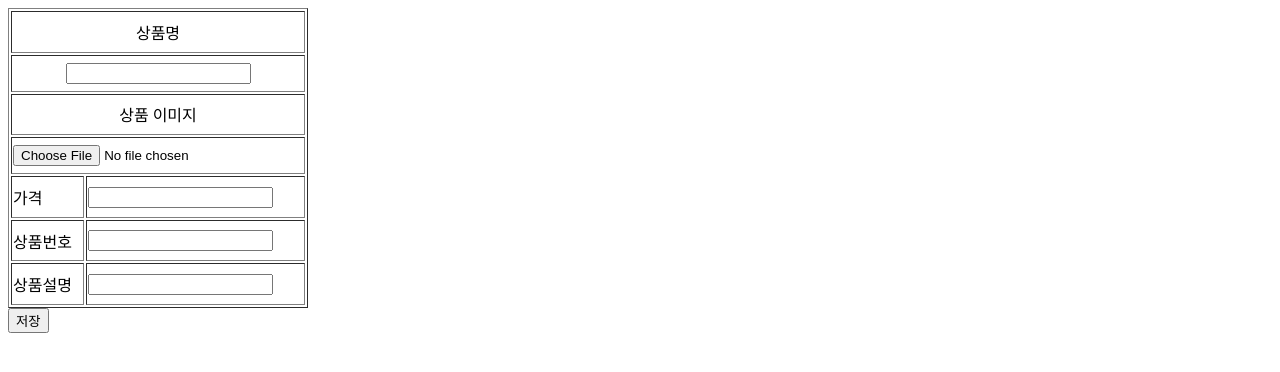
Repository: gunvv00/Java_practice
Page: html_work/html01/WebContent/goods.html
These files come from the project's save history. The page is drawn as it stood at one moment and after the next save; the edit follows.
The browser window is 1280 px wide. The pictures show the whole page.

Above is the page before, as saved 2020-01-02 07:32:33.

### html_work/html01/WebContent/goods.html
<!DOCTYPE html>
<html>
<head>
<meta charset="UTF-8">
<title>상품등록</title>
</head>
<body>
<form action = "good.jsp" method = "post">
	<TABLE Border = 1 height = 300 width = 300 >
		<tr>
			<td align = "center" colspan = "2">상품명</td>
		</tr>
		<tr>
			<td align = "center" colspan = "2"><input type = "product" name="" value = "" ></td>
		</tr>
		<tr>
			<td align = "center" colspan = "2">상품 이미지</td>
		</tr>
		<tr>
			<td colspan = "2"><input type='file' name='file' value ="" /></td>
		</tr>
		<tr>
			<td>가격</td>
			<td><input type = "price" name="" value = "" ></td>
		</tr>
		<tr>
			<td>상품번호</td>
			<td><input type = "produtNumber" name="" value = "" ></td>
		</tr>
		<tr>
			<td>상품설명</td>
			<td><input type = "explain" name="" value = "" ></td>
		</tr>
	</TABLE>

	<input type = "submit" value = "저장"/>


</body>
</html>

After the next save:
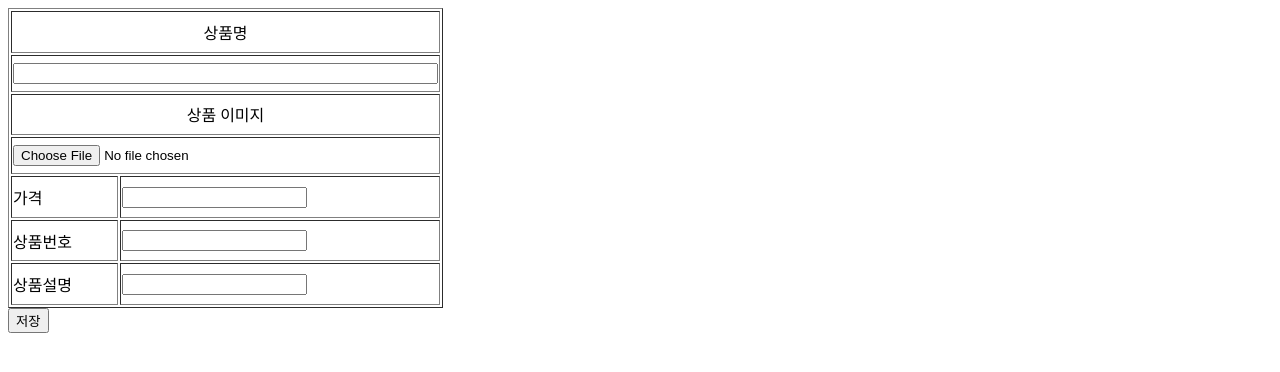
Saved 2 min 53 s later.
--- a/html_work/html01/WebContent/goods.html
+++ b/html_work/html01/WebContent/goods.html
@@ -11,7 +11,7 @@
 			<td align = "center" colspan = "2">상품명</td>
 		</tr>
 		<tr>
-			<td align = "center" colspan = "2"><input type = "product" name="" value = "" ></td>
+			<td align = "center" colspan = "2"><input type = "product" name="" value = ""  size = "50"></td>
 		</tr>
 		<tr>
 			<td align = "center" colspan = "2">상품 이미지</td>
@@ -33,7 +33,8 @@
 		</tr>
 	</TABLE>
 
-	<input type = "submit" value = "저장"/>
+	<input type = "submit" value = "저장"
+	/>
 
 
 </body>
